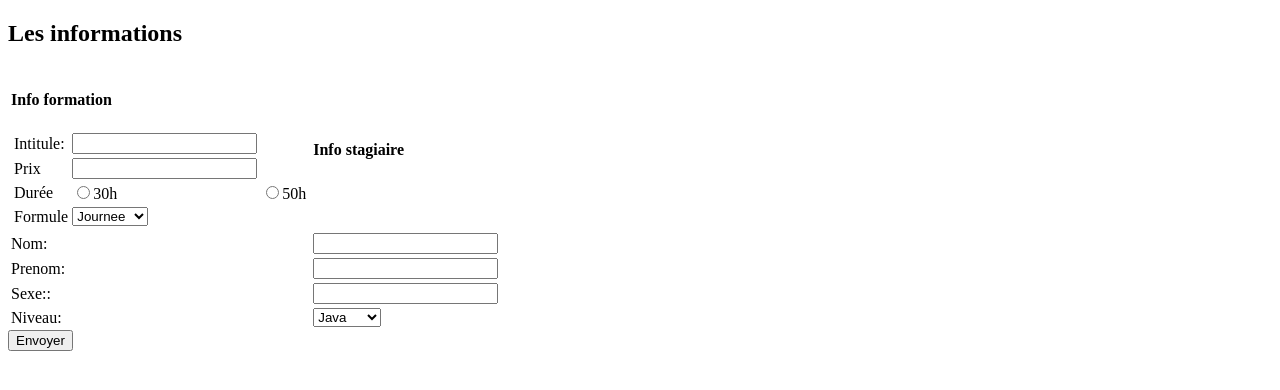
Repository: imouahrani/Gestion-des-stagiaires_JAVAEE
Page: http://localhost/TestProject/Formation.jsp
These files come from the project's save history. The page is drawn as it stood at one moment and after the next save; the edit follows.
The browser window is 1280 px wide. The pictures show the whole page.
The page is served by Tomcat 9. The template is opened directly, without the code that normally fills it, so the values that code supplies are empty.

Above is the page before, as saved 2018-08-01 12:37:06.

After the next save:
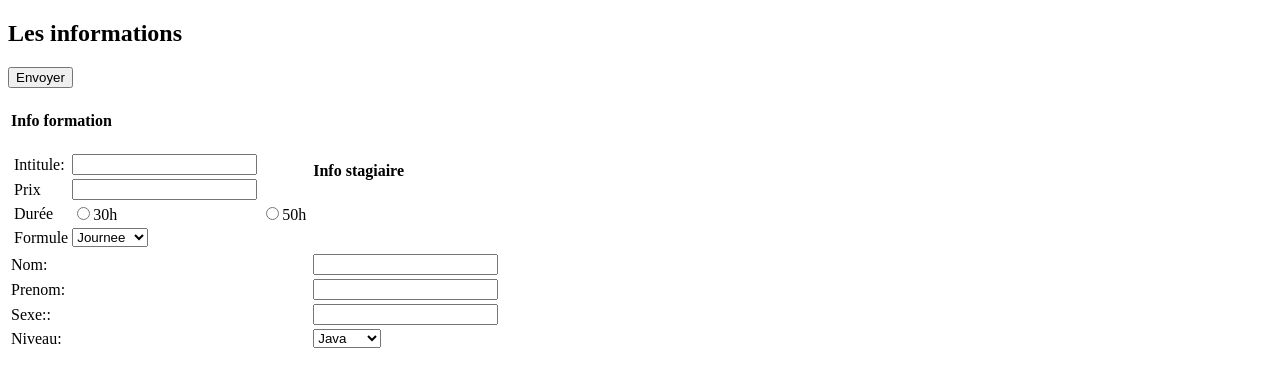
Saved 65 s later.
--- a/Formation Java Entreprise Edition/TestProject/WebContent/Formation.jsp
+++ b/Formation Java Entreprise Edition/TestProject/WebContent/Formation.jsp
@@ -157,14 +157,8 @@
 
 
 
-</table>
-</td>
 
 
-
-</tr>
-
-		</table>
 
 
 <input type = "submit" value="Envoyer">
